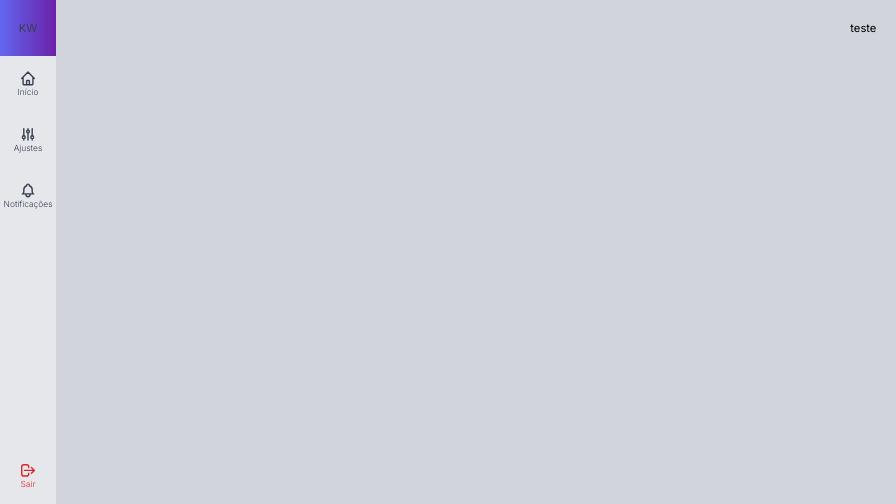
Repository: KennedyWanderson/AdminDashboard
Page: / (app in Code/admindashboard/)
The author's editor kept a copy of each file at every save. The page is drawn from the files as they stood at one save, then again after the next save.
The browser window is 1280 px wide. The pictures show the part of the page from y = 0 to 1920 px (the page is 720 px tall before and 5101 px after), at 70% of full size.
The project was rebuilt for these pictures with package versions that can differ from the ones it lists, and the page was loaded fresh each time. The framework's server and built-in components were replaced by stand-ins that run in the browser. Also part of the build but not shown: Code/admindashboard/next.config.mjs.

Above is the page before, as saved 2024-06-16 16:09:00.

### Code/admindashboard/src/app/layout.js
import { Inter } from "next/font/google";
import "./globals.css";

const inter = Inter({ subsets: ["latin"] });

export const metadata = {
  title: "Admin Dashboard",
  description: "Generated by Kennedy Wanderson",
};

export default function RootLayout({ children }) {
  return (
    <html lang="en">
      <body className={inter.className}>{children}</body>
    </html>
  );
}

### Code/admindashboard/src/app/page.js
import Layout from "@/components/Layout";

export default function Home() {
  return (
    <Layout>
      Content
    </Layout>
  )
}

### Code/admindashboard/src/components/Layout.jsx
import Header from "./Header";
import LateralMenu from "./LateralMenu";


export default function Layout() {

    return (

            <div className={` flex h-screen w-screen`}>
                <LateralMenu />
                <div className={`
                flex flex-col w-full p-7
                bg-gray-300 dark:bg-gray-800
            `}>
                <Header />

                </div>
            </div>
    )
}

### Code/admindashboard/src/components/Header.jsx

import { IconeAtencao } from './icons'



export default function Header({ titulo, subtitulo }) {


    return (
        <div className={`flex`}>
            <div>
                <h1 className={`
                font-black text-3xl
                text-gray-900 dark:text-gray-100
            `}>
                    {titulo}
                </h1>
                <h2 className={`
                font-light text-sm
                dark:text-gray-300
            `}>
                    {subtitulo}
                </h2>
            </div>
            <div className={`flex flex-grow justify-end items-center`}>
                teste
            </div>
        </div>
    )
}

### Code/admindashboard/src/components/LateralMenu.jsx
import MenuItem from "./ItemMenu";
import { IconeAjustes, IconeCasa, IconeSair, IconeSino } from "./icons"




export default function LateralMenu() {


    return (
        <aside className={`
            flex flex-col
            bg-gray-200 text-gray-700
            dark:bg-gray-900
        `}>
            <div className={`
                flex flex-col items-center justify-center
                bg-gradient-to-r from-indigo-500 to-purple-800
                h-20 w-20
            `}>
                KW
            </div>
            <ul className="flex-grow">
                <MenuItem url="/" texto="Início" icone={IconeCasa} />
                <MenuItem url="/ajustes" texto="Ajustes" icone={IconeAjustes} />
                <MenuItem url="/notificacoes" texto="Notificações" icone={IconeSino} />
            </ul>
            <ul>
                <MenuItem
                    texto="Sair" icone={IconeSair}
                    className={`
                        text-red-600 dark:text-red-400
                        hover:bg-red-400 hover:text-white
                        dark:hover:text-white
                    `}
                />
            </ul>
        </aside>
    )
}

### Code/admindashboard/src/components/icons/index.jsx
// Pra mais icones acessar... https://heroicons.com/

export const IconeCasa = (
    <svg xmlns="http://www.w3.org/2000/svg" className="h-6 w-6" fill="none" viewBox="0 0 24 24" stroke="currentColor">
        <path strokeLinecap="round" strokeLinejoin="round" strokeWidth={2} d="M3 12l2-2m0 0l7-7 7 7M5 10v10a1 1 0 001 1h3m10-11l2 2m-2-2v10a1 1 0 01-1 1h-3m-6 0a1 1 0 001-1v-4a1 1 0 011-1h2a1 1 0 011 1v4a1 1 0 001 1m-6 0h6" />
    </svg>
)

export const IconeAjustes = (
    <svg xmlns="http://www.w3.org/2000/svg" className="h-6 w-6" fill="none" viewBox="0 0 24 24" stroke="currentColor">
        <path strokeLinecap="round" strokeLinejoin="round" strokeWidth={2} d="M12 6V4m0 2a2 2 0 100 4m0-4a2 2 0 110 4m-6 8a2 2 0 100-4m0 4a2 2 0 110-4m0 4v2m0-6V4m6 6v10m6-2a2 2 0 100-4m0 4a2 2 0 110-4m0 4v2m0-6V4" />
    </svg>
)

export const IconeSino = (
    <svg xmlns="http://www.w3.org/2000/svg" className="h-6 w-6" fill="none" viewBox="0 0 24 24" stroke="currentColor">
        <path strokeLinecap="round" strokeLinejoin="round" strokeWidth={2} d="M15 17h5l-1.405-1.405A2.032 2.032 0 0118 14.158V11a6.002 6.002 0 00-4-5.659V5a2 2 0 10-4 0v.341C7.67 6.165 6 8.388 6 11v3.159c0 .538-.214 1.055-.595 1.436L4 17h5m6 0v1a3 3 0 11-6 0v-1m6 0H9" />
    </svg>
)

export const IconeSair = (
    <svg xmlns="http://www.w3.org/2000/svg" className="h-6 w-6" fill="none" viewBox="0 0 24 24" stroke="currentColor">
        <path strokeLinecap="round" strokeLinejoin="round" strokeWidth={2} d="M17 16l4-4m0 0l-4-4m4 4H7m6 4v1a3 3 0 01-3 3H6a3 3 0 01-3-3V7a3 3 0 013-3h4a3 3 0 013 3v1" />
    </svg>
)

export const IconeSol = (tamanho = 6) => (
    <svg xmlns="http://www.w3.org/2000/svg" className={`h-${tamanho} w-${tamanho}`} fill="none" viewBox="0 0 24 24" stroke="currentColor">
        <path strokeLinecap="round" strokeLinejoin="round" strokeWidth={2} d="M12 3v1m0 16v1m9-9h-1M4 12H3m15.364 6.364l-.707-.707M6.343 6.343l-.707-.707m12.728 0l-.707.707M6.343 17.657l-.707.707M16 12a4 4 0 11-8 0 4 4 0 018 0z" />
    </svg>
)

export const IconeLua = (tamanho = 6) => (
    <svg xmlns="http://www.w3.org/2000/svg" className={`h-${tamanho} w-${tamanho}`} fill="none" viewBox="0 0 24 24" stroke="currentColor">
        <path strokeLinecap="round" strokeLinejoin="round" strokeWidth={2} d="M20.354 15.354A9 9 0 018.646 3.646 9.003 9.003 0 0012 21a9.003 9.003 0 008.354-5.646z" />
    </svg>
)

export const IconeAtencao = (tamanho = 1) => (
    <svg xmlns="http://www.w3.org/2000/svg" className={`h-${tamanho} w-${tamanho}`} fill="none" viewBox="0 0 24 24" stroke="currentColor">
        <path strokeLinecap="round" strokeLinejoin="round" strokeWidth={2} d="M12 9v2m0 4h.01m-6.938 4h13.856c1.54 0 2.502-1.667 1.732-3L13.732 4c-.77-1.333-2.694-1.333-3.464 0L3.34 16c-.77 1.333.192 3 1.732 3z" />
    </svg>
)

### Code/admindashboard/src/components/ItemMenu.jsx

export default function MenuItem({ texto, icone, url, className, onClick }) {
    function renderizarLink() {
        return (
            <div className={`
                flex flex-col justify-center items-center
                h-20 w-20
                dark:text-gray-200
                ${className}
            `}>
                {icone}
                <span className="text-xs font-light">
                    {texto}
                </span>
            </div>
        );
    }

    return (
        <li
            onClick={onClick}
            className={`
                hover:bg-gray-100 dark:hover:bg-gray-800
                cursor-pointer
            `}
        >
            {url ? (
                <a href={url}>
                    {renderizarLink()}
                </a>
            ) : (
                renderizarLink()
            )}
        </li>
    );
}

Loaded but not shown: Code/admindashboard/src/app/globals.css (common file); Code/admindashboard/tailwind.config.js (common file)

After the next save:
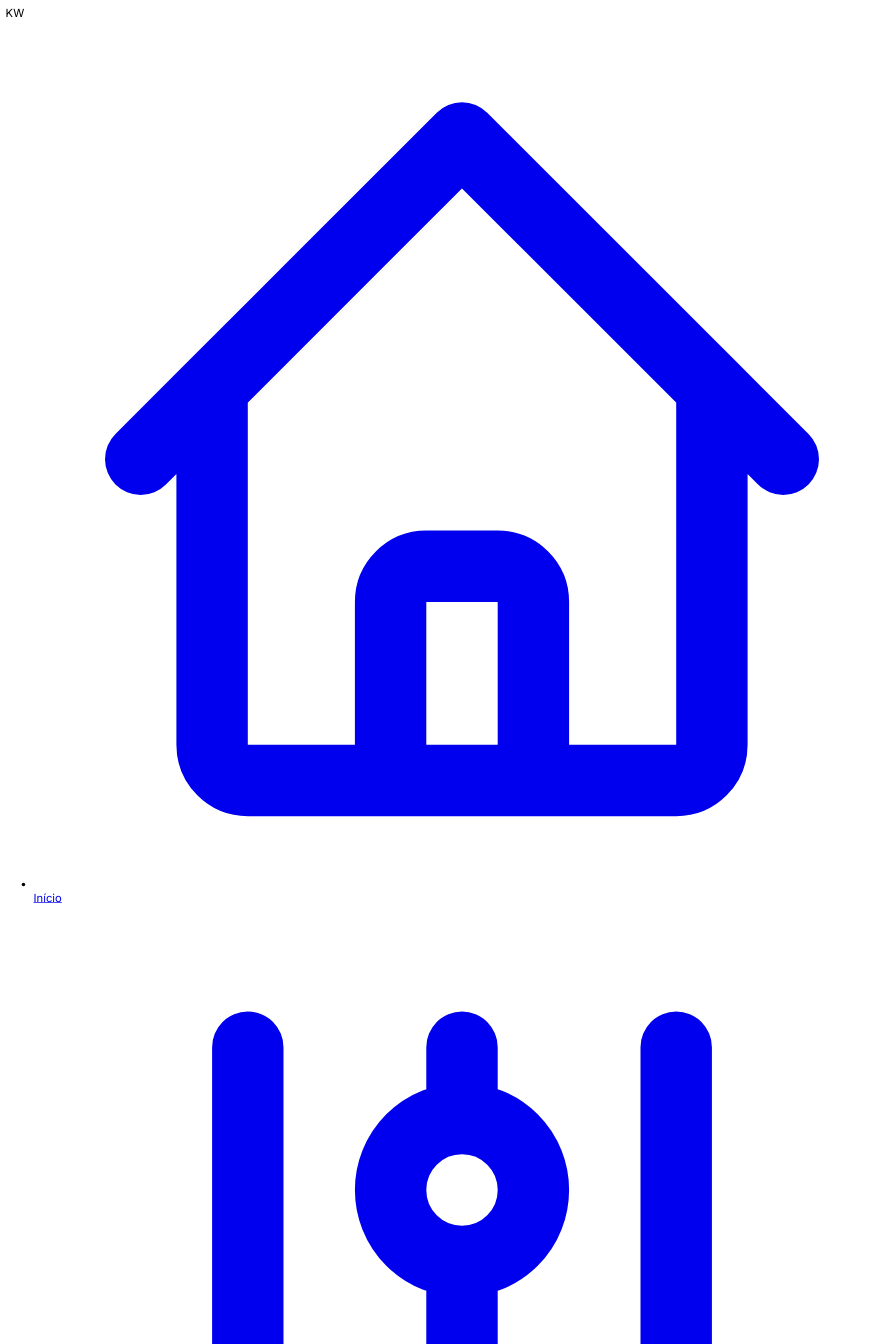
Saved 29 s later.
--- a/Code/admindashboard/src/app/layout.js
+++ b/Code/admindashboard/src/app/layout.js
@@ -1,5 +1,4 @@
 import { Inter } from "next/font/google";
-import "./globals.css";
 
 const inter = Inter({ subsets: ["latin"] });
 

After the save that followed:
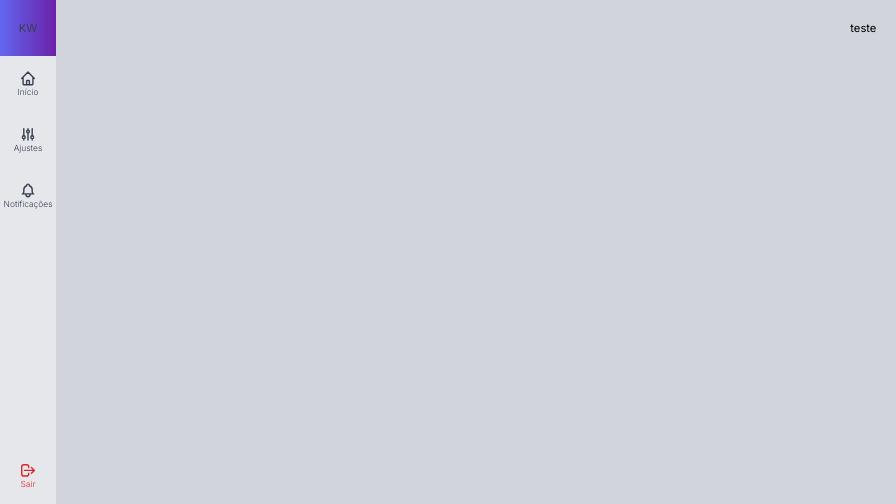
Saved 14 s later.
--- a/Code/admindashboard/src/app/layout.js
+++ b/Code/admindashboard/src/app/layout.js
@@ -1,4 +1,5 @@
 import { Inter } from "next/font/google";
+import "./globals.css";
 
 const inter = Inter({ subsets: ["latin"] });
 
